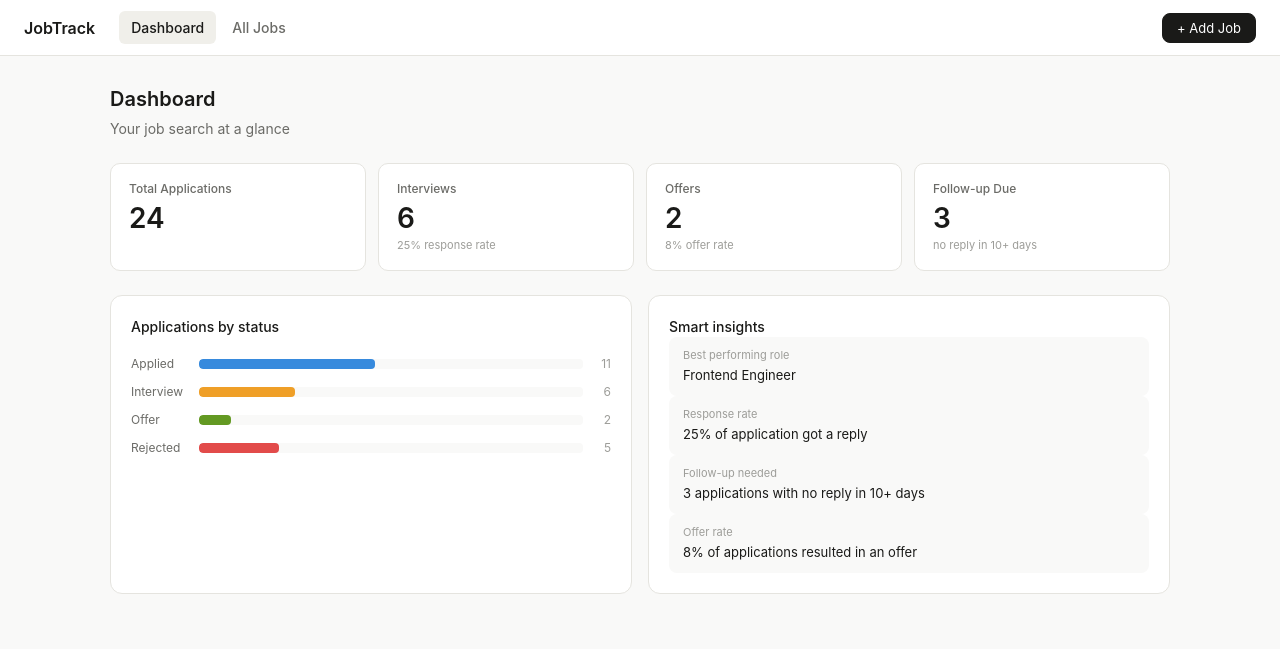
Repository: adtm0/jobtracker
Page: /dashboard (app in frontend/)
These files come from the project's save history. The page is drawn as it stood at one moment and after a run of saves; the edit follows.
The browser window is 1280 px wide. The pictures show the whole page.
The project was rebuilt for these pictures with package versions that can differ from the ones it lists, and the page was loaded fresh each time. Also part of the build but not shown: frontend/vite.config.js, frontend/src/pages/Login.jsx, frontend/src/pages/Register.jsx, frontend/src/pages/Jobs.jsx, frontend/src/pages/JobForm.jsx.

Above is the page before, as saved 2026-04-19 21:46:14.

### frontend/src/main.jsx
import { StrictMode } from "react";
import React from "react";
import ReactDOM from 'react-dom/client'
import { BrowserRouter } from 'react-router-dom'
import { createRoot } from "react-dom/client";
import "./index.css";
import App from "./App.jsx";

createRoot(document.getElementById("root")).render(
  <StrictMode>
    <BrowserRouter>
      <App />
    </BrowserRouter>
  </StrictMode>,
);

### frontend/src/index.css
*, *::before, *::after {
  box-sizing: border-box;
  margin: 0;
  padding: 0;
}

body {
  font-family: -apple-system, BlinkMacSystemFont, 'Segoe UI', sans-serif;
  background: #f9f9f8;
  color: #1a1a18;
  font-size: 14px;
  line-height: 1.5;
}

main {
  max-width: 1100px;
  margin: 0 auto;
  padding: 28px 20px;
}

input, select, textarea {
  width: 100%;
  padding: 8px 12px;
  border: 1px solid #e5e4df;
  border-radius: 8px;
  font-size: 14px;
  font-family: inherit;
  outline: none;
}

input:focus, select:focus, textarea:focus {
  border-color: #185FA5;
}

button {
  cursor: pointer;
  font-family: inherit;
  font-size: 14px;
  border-radius: 8px;
  border: 1px solid #e5e4df;
  background: #fff;
  padding: 8px 16px;
}

button:hover {
  background: #f9f9f8;
}

.btn-primary {
  background: #1a1a18;
  color: #fff;
  border-color: #1a1a18;
}

.btn-primary:hover {
  background: #333;
}

label {
  display: block;
  font-size: 12px;
  font-weight: 500;
  color: #6b6b67;
  margin-bottom: 5px;
}

### frontend/src/App.jsx
import {Routes, Route} from 'react-router-dom'
import Login from './pages/Login'
import Register from './pages/Register'
import Dashboard from './pages/Dashboard'
import Jobs from './pages/Jobs'
import JobForm from './pages/JobForm'
import Navbar from './components/Navbar'

function Layout({ children }) {
  return (
    <>
      <Navbar />
      <main>
        {children}
      </main>
    </>
  );
}

function App() {

  return (
    <Routes>
      <Route path='/login' element={<Login />} />
      <Route path='/register' element={<Register />} />
      <Route path='/dashboard' element={<Layout><Dashboard /></Layout>} />
      <Route path='/jobs' element={<Layout><Jobs /></Layout>} />
      <Route path='/jobs/new' element={<Layout><JobForm /></Layout>} />
    </Routes>
  )
}

export default App

### frontend/src/pages/Dashboard.jsx
const MOCK_STATS = {
  total: 24,
  applied: 11,
  interview: 6,
  offer: 2,
  rejected: 5,
  response_rate: 25,
  offer_rate: 8,
  follow_up_due: 3,
  best_role: "Frontend Engineer",
};
export default function Dashboard() {
  const stats = MOCK_STATS;

  return (
    <div>
      <div style={{ marginBottom: 24 }}>
        <h2 style={{ fontSize: 20, fontWeight: 600 }}>Dashboard</h2>
        <p style={{ color: "#6b6b67", marginTop: 4 }}>
          Your job search at a glance
        </p>
      </div>

      {/* stat cards */}
      <div
        style={{
          display: "grid",
          gridTemplateColumns: "repeat(4, 1fr)",
          gap: 12,
          marginBottom: 24,
        }}
      >
        {[
          { label: "Total Applications", value: stats.total },
          {
            label: "Interviews",
            value: stats.interview,
            sub: `${stats.response_rate}% response rate`,
          },
          {
            label: "Offers",
            value: stats.offer,
            sub: `${stats.offer_rate}% offer rate`,
          },
          {
            label: "Follow-up Due",
            value: stats.follow_up_due,
            sub: "no reply in 10+ days",
          },
        ].map(({ label, value, sub }) => (
          <div
            key={label}
            style={{
              background: "#fff",
              border: "1px solid #e5e4df",
              borderRadius: 10,
              padding: "16px 18px",
            }}
          >
            <div
              style={{
                fontSize: 12,
                color: "#6b6b67",
                fontWeight: 500,
                marginBottom: 6,
              }}
            >
              {label}
            </div>
            <div style={{ fontSize: 28, fontWeight: 600, lineHeight: 1 }}>
              {value}
            </div>
            {sub && (
              <div style={{ fontSize: 11, color: "#9d9d99", marginTop: 5 }}>
                {sub}
              </div>
            )}
          </div>
        ))}
      </div>

      {/* bottom section */}
      <div style={{ display: "grid", gridTemplateColumns: "1fr 1fr", gap: 16 }}>
        {/* status breakdown */}
        <div
          style={{
            background: "#fff",
            border: "1px solid #e5e4df",
            borderRadius: 12,
            padding: 20,
          }}
        >
          <h3 style={{ fontWeight: 500, fontSize: 14, marginBottom: 18 }}>
            Applications by status
          </h3>
          <div style={{ display: "flex", flexDirection: "column", gap: 10 }}>
            {[
              {
                label: "Applied",
                value: stats.applied,
                total: stats.total,
                color: "#378ADD",
              },
              {
                label: "Interview",
                value: stats.interview,
                total: stats.total,
                color: "#EF9F27",
              },
              {
                label: "Offer",
                value: stats.offer,
                total: stats.total,
                color: "#639922",
              },
              {
                label: "Rejected",
                value: stats.rejected,
                total: stats.total,
                color: "#E24B4A",
              },
            ].map(({ label, value, total, color }) => (
              <div
                key={label}
                style={{ display: "flex", alignItems: "center", gap: 8 }}
              >
                <span style={{ fontSize: 12, color: "#6b6b67", width: 60 }}>
                  {label}
                </span>
                <div
                  style={{
                    flex: 1,
                    background: "#f9f9f8",
                    borderRadius: 4,
                    height: 10,
                    overflow: "hidden",
                  }}
                >
                  <div
                    style={{
                      width: `${(value / total) * 100}%`,
                      height: "100%",
                      background: color,
                      borderRadius: 4,
                    }}
                  />
                </div>
                <span
                  style={{
                    fontSize: 12,
                    color: "#9d9d99",
                    width: 20,
                    textAlign: "right",
                  }}
                >
                  {value}
                </span>
              </div>
            ))}
          </div>
        </div>

        {/* insights */}
        <div style={{background: '#fff', border: '1px solid #e5e4df', borderRadius: 12, padding: 20}}>
          <h3 style={{fontWeight: 500, fontSize: 14}}>Smart insights</h3>
          <div>
            {[
              { label: 'Best performing role', value: stats.best_role},
              { label: 'Response rate', value: `${stats.response_rate}% of application got a reply`},
              { label: 'Follow-up needed', value: `${stats.follow_up_due} applications with no reply in 10+ days`},
              { label: 'Offer rate', value: `${stats.offer_rate}% of applications resulted in an offer`},
            ].map(({ label, value }) => (
              <div key={label} style={{background: '#f9f9f8', borderRadius: 8, padding: '10px 14px'}}>
                <div style={{fontSize: 11, color: '#9d9d99', marginBottom: 3}}>{label}</div>
                <div style={{fontSize: 13}}>{value}</div>
              </div>
            ))}
          </div>
        </div>

      </div>
    </div>
  );
}

### frontend/src/components/Navbar.jsx
import { NavLink } from "react-router-dom";

export default function Navbar() {
  return (
    <nav
      style={{
        background: "#fff",
        borderBottom: "1px solid #e5e4df",
        padding: "0 24px",
        height: 56,
        display: "flex",
        alignItems: "center",
        justifyContent: "space-between",
        position: "sticky",
        top: 0,
        zIndex: 100,
      }}
    >
      <div style={{ display: "flex", alignItems: "center", gap: 4 }}>
        <span style={{ fontWeight: 600, fontSize: 16, marginRight: 20 }}>
          JobTrack
        </span>
        <NavLink to="/dashboard" style={linkStyle}>
          Dashboard
        </NavLink>
        <NavLink to="/jobs" style={linkStyle}>
          All Jobs
        </NavLink>
      </div>
      <NavLink to="/jobs/new" style={{ textDecoration: "none" }}>
        <button
          className="btn-primary"
          style={{ fontSize: 13, padding: "6px 14px" }}
        >
          + Add Job
        </button>
      </NavLink>
    </nav>
  );
}

const linkStyle = ({ isActive }) => ({
  textDecoration: "none",
  fontSize: 14,
  fontWeight: 500,
  padding: '6px 12px',
  borderRadius: 6,
  color: isActive ? '#1a1a18' : '#6b6b67',
  background: isActive ? '#f0efea' : 'transparent'
});

After the next 2 saves:
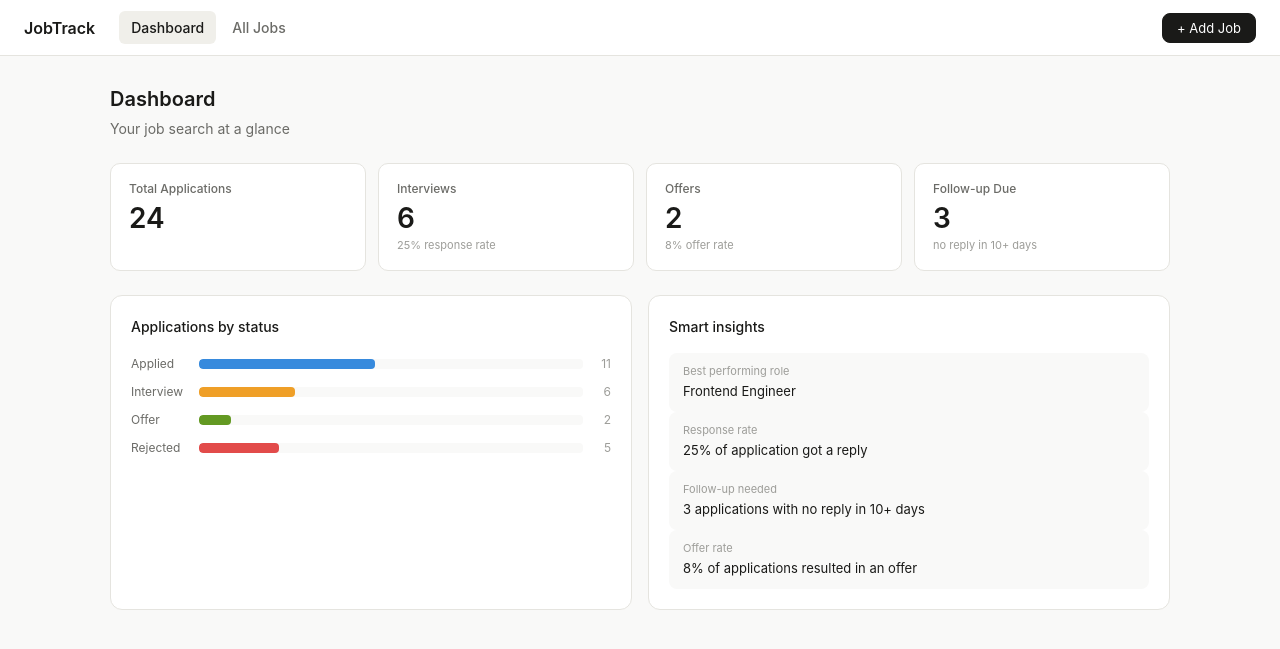
The 2 saves are shown as one change because they came seconds apart.
The last was saved 8 s later.
--- a/frontend/src/pages/Dashboard.jsx
+++ b/frontend/src/pages/Dashboard.jsx
@@ -162,7 +162,7 @@ export default function Dashboard() {
 
         {/* insights */}
         <div style={{background: '#fff', border: '1px solid #e5e4df', borderRadius: 12, padding: 20}}>
-          <h3 style={{fontWeight: 500, fontSize: 14}}>Smart insights</h3>
+          <h3 style={{fontWeight: 500, fontSize: 14, marginBottom: 16}}>Smart insights</h3>
           <div>
             {[
               { label: 'Best performing role', value: stats.best_role},
